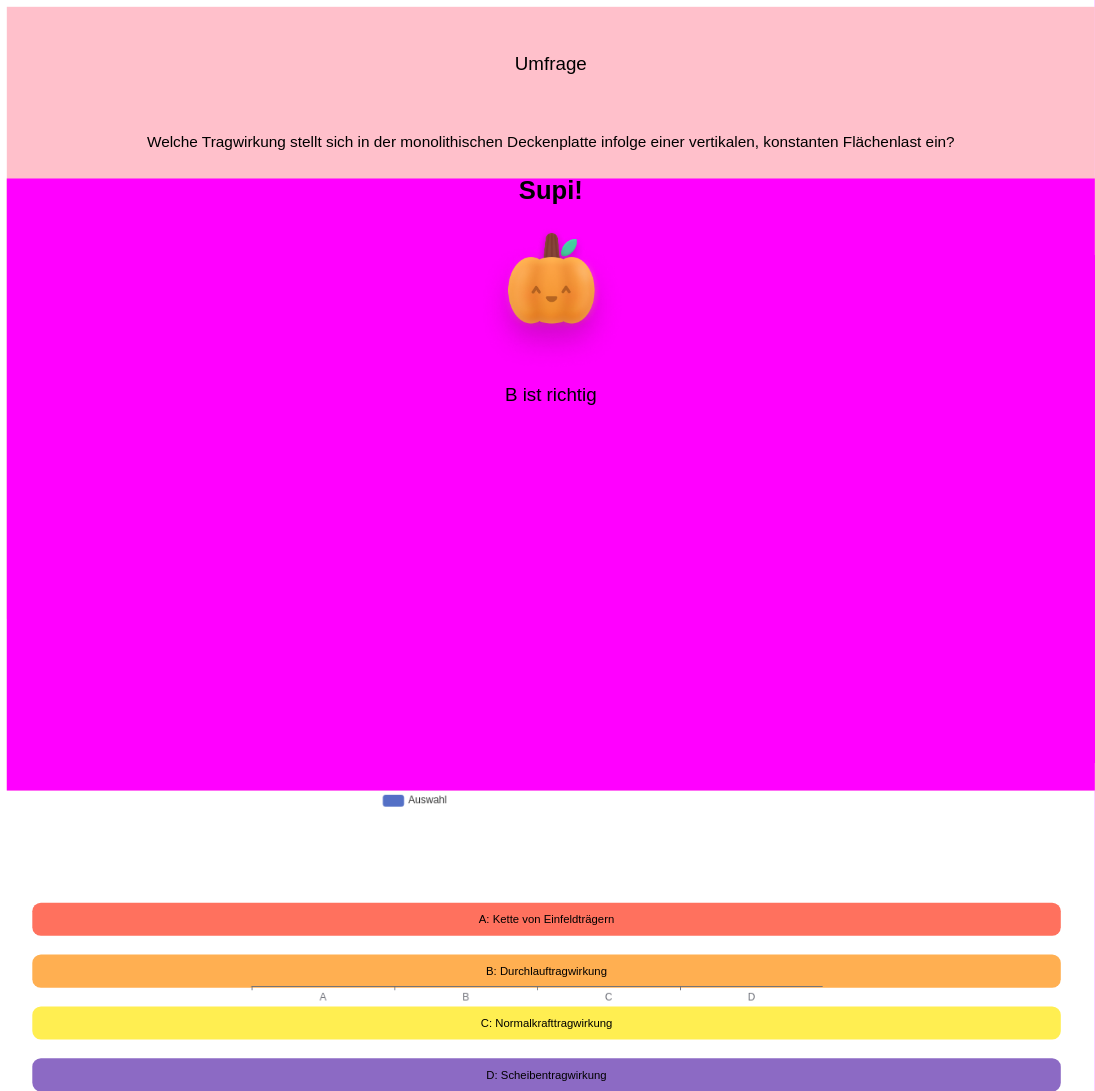
Repository: HyunraDate/Quinlan
Page: /Ergebnis1
An editor plug-in stored every save of this project. The page is shown before and after the next save, followed by the edit.
The browser window is 1280 px wide. The page is 1288 px wide, so the pictures cover 1288 px, including what lies to the right of the window. The pictures show the whole page, at 85% of full size.
The page's requests for data from a server got no answer. The project was rebuilt for these pictures with package versions that can differ from the ones it lists, and the page was loaded fresh each time. No one was signed in, and anything a server would have sent is missing. Also part of the build but not shown: vite.config.js, src/views/Ergebnis2.vue, src/views/Erklaerung.vue.

Above is the page before, as saved 2023-07-25 14:30:15.

After the next save:
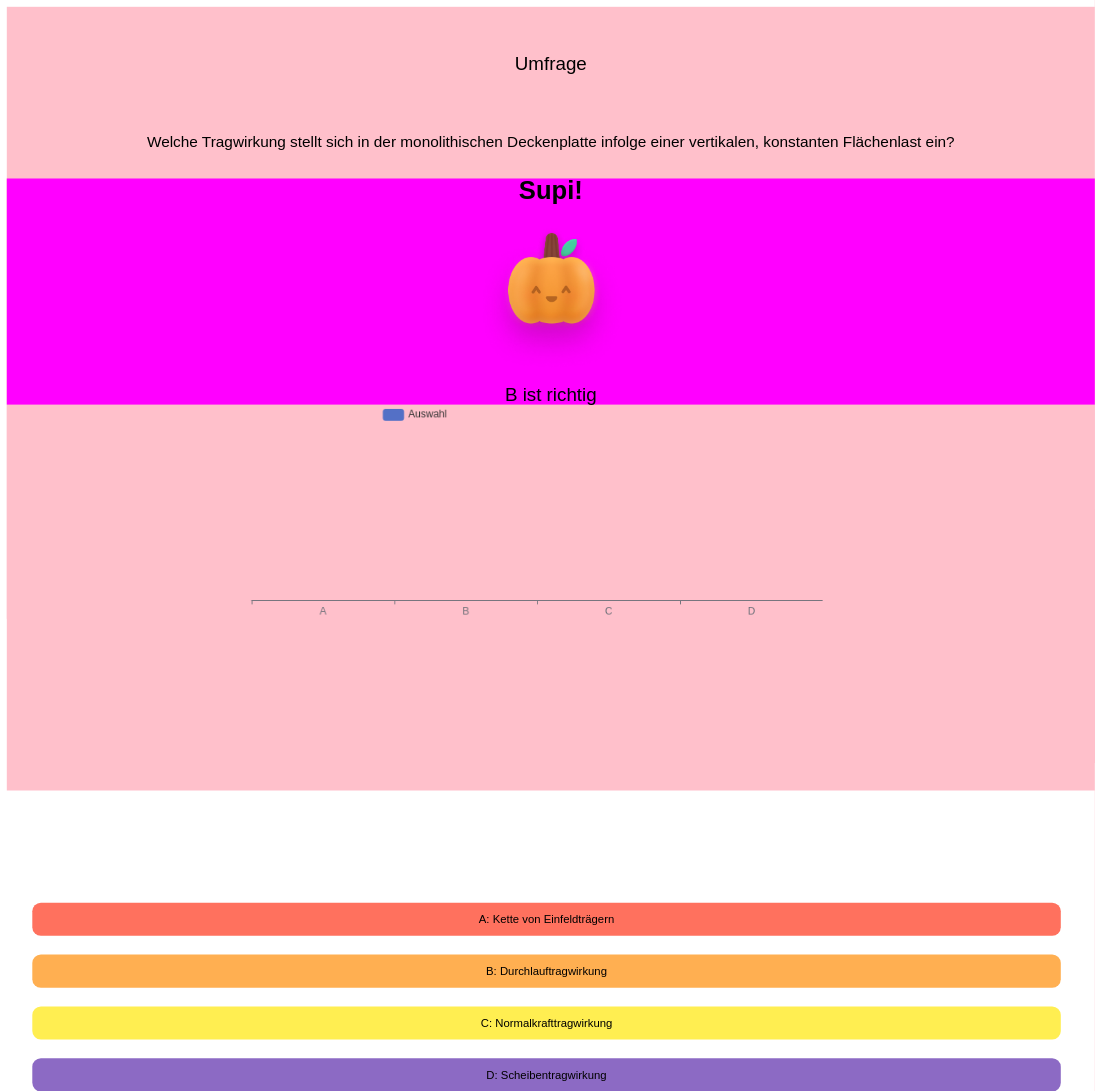
Saved 11 s later.
--- a/src/css/Step3b.css
+++ b/src/css/Step3b.css
@@ -154,10 +154,10 @@ html {
     /* padding-top: 2rem; /* 调整上边距大小 */
     /* padding-bottom: 2rem; /* 调整下边距大小 */
     background-color: #ff00ff;
-    width: 100%;
+    /* width: 100%;
     overflow-y: auto;
     overflow-x: hidden;
-    height: 100%;
+    height: 100%; */
   }
   .text {
     color: #000000;
